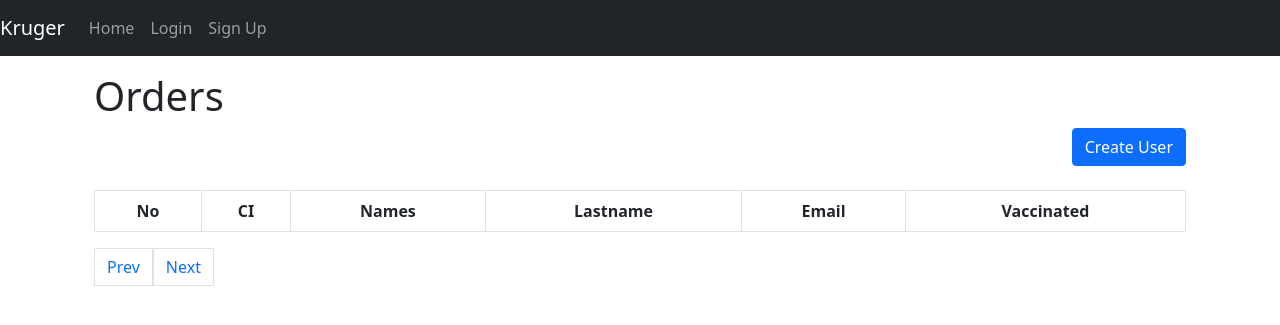
Repository: Isamae/Kruger
Page: /admin (app in krugerfrond/)
The author's editor kept a copy of each file at every save. The page is drawn from the files as they stood at one save, then again after the next save.
The browser window is 1280 px wide. The pictures show the whole page.
The page's requests for data from a server got no answer. The project was rebuilt for these pictures with package versions that can differ from the ones it lists, and the page was loaded fresh each time. No one was signed in, and anything a server would have sent is missing. Also part of the build but not shown: krugerfrond/src/App.css, krugerfrond/src/components/BoardUser.js, krugerfrond/src/components/Home.js, krugerfrond/src/components/Login.js, krugerfrond/src/components/Profile.js, krugerfrond/src/components/Register.js.

Above is the page before, as saved 2021-10-11 10:19:21.

After the next save:
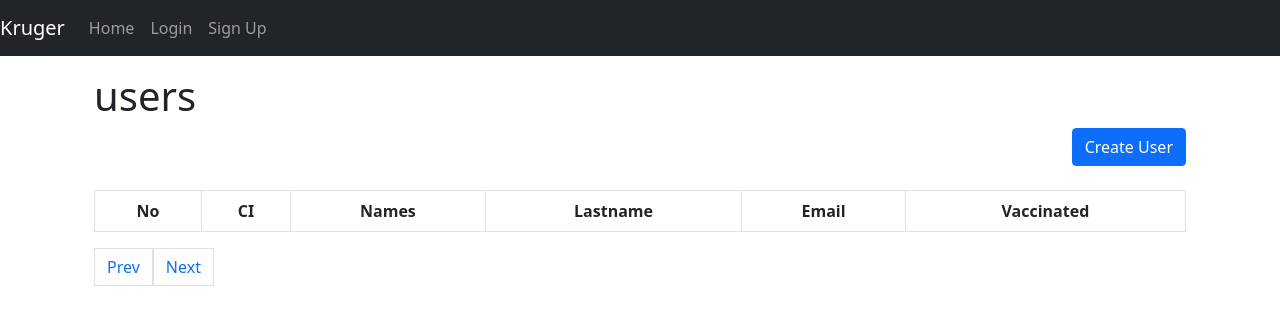
Saved 12 h 59 min later.
--- a/krugerfrond/src/components/BoardAdmin.js
+++ b/krugerfrond/src/components/BoardAdmin.js
@@ -27,7 +27,7 @@ export default class BoardAdmin extends Component{
                     users : response.data
                 });
                 this.setState({
-                    pageCount: this.state.orders? Math.ceil(this.state.orders.length/this.state.pageSize): 0
+                    pageCount: this.state.users? Math.ceil(this.state.users.length/this.state.pageSize): 0
                 })
 
                 if(this.state.pageCount!==1){
@@ -39,7 +39,7 @@ export default class BoardAdmin extends Component{
                     })
                 }
 
-                this.setpaginatedOrder(this.state.orders, 0);
+                this.setpaginatedOrder(this.state.users, 0);
                 this.setCurrentPage(1);
             }
         ).catch( error => {
@@ -60,7 +60,7 @@ export default class BoardAdmin extends Component{
         if(this.state.currentPage > 1 && this.state.currentPage <= this.state.pageCount){
             this.setCurrentPage(this.state.currentPage-1);
             const startIndex =(this.state.currentPage-2)*this.state.pageSize;
-            this.setpaginatedOrder(this.state.orders,startIndex);
+            this.setpaginatedOrder(this.state.users,startIndex);
             this.setState({
                 paginatePages:_(this.state.pages).slice(this.state.currentPage-2).take(4).value()
             });
@@ -71,7 +71,7 @@ export default class BoardAdmin extends Component{
         if(this.state.currentPage>0 && this.state.currentPage+1<=this.state.pageCount){
             this.setCurrentPage(this.state.currentPage+1);
             const startIndex =(this.state.currentPage)*this.state.pageSize;
-            this.setpaginatedOrder(this.state.orders,startIndex);
+            this.setpaginatedOrder(this.state.users,startIndex);
             this.setState({
                 paginatePages:_(this.state.pages).slice(this.state.currentPage).take(4).value()
             })
@@ -81,7 +81,7 @@ export default class BoardAdmin extends Component{
     pagination(pageNum){
         this.setCurrentPage(pageNum);
         const startIndex =(pageNum-1)*this.state.pageSize;
-        this.setpaginatedOrder(this.state.orders,startIndex);
+        this.setpaginatedOrder(this.state.users,startIndex);
         this.setState({
             paginatePages:_(this.state.pages).slice(pageNum-1).take(4).value()
         })
@@ -98,7 +98,7 @@ export default class BoardAdmin extends Component{
     render(){
         return (
             <div className="container">
-                <div className="d-flex flex-row"><h1> Orders</h1></div>
+                <div className="d-flex flex-row"><h1> users</h1></div>
                 <div className="d-flex flex-row-reverse mb-4">
                     <Link
                         to={"/create/user"}
